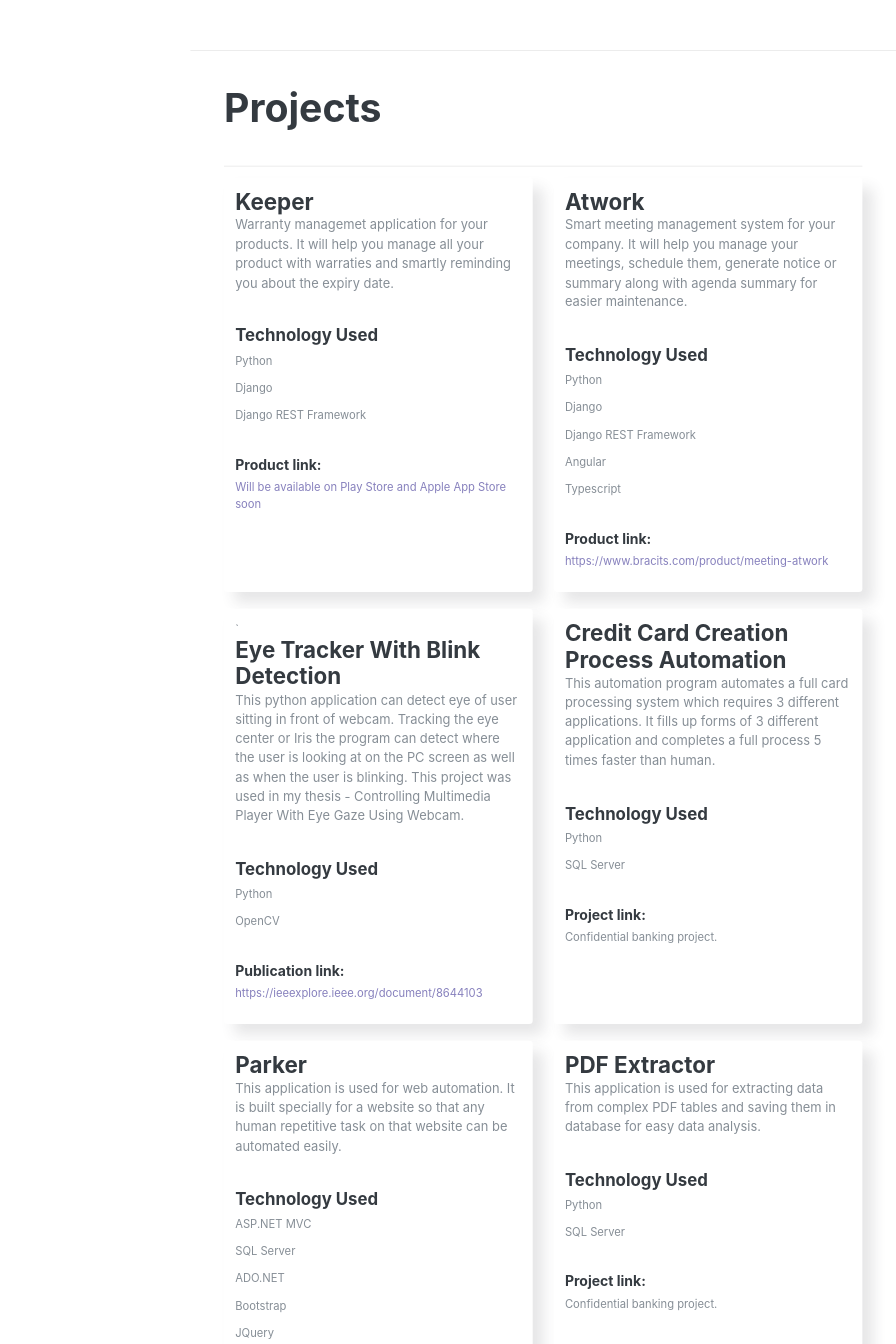
Repository: xahin96/xahin96.github.io
Page: index.html
These files come from the project's save history. The page is drawn as it stood at one moment and after the next save; the edit follows.
The browser window is 1280 px wide. The pictures show the part of the page from y = 3344 to 5264 px (the page is 5491 px tall), at 70% of full size.
Some web fonts or font styles are not loaded; a fallback is used.

Above is the page before, as saved 2024-04-27 12:46:47.

After the next save:
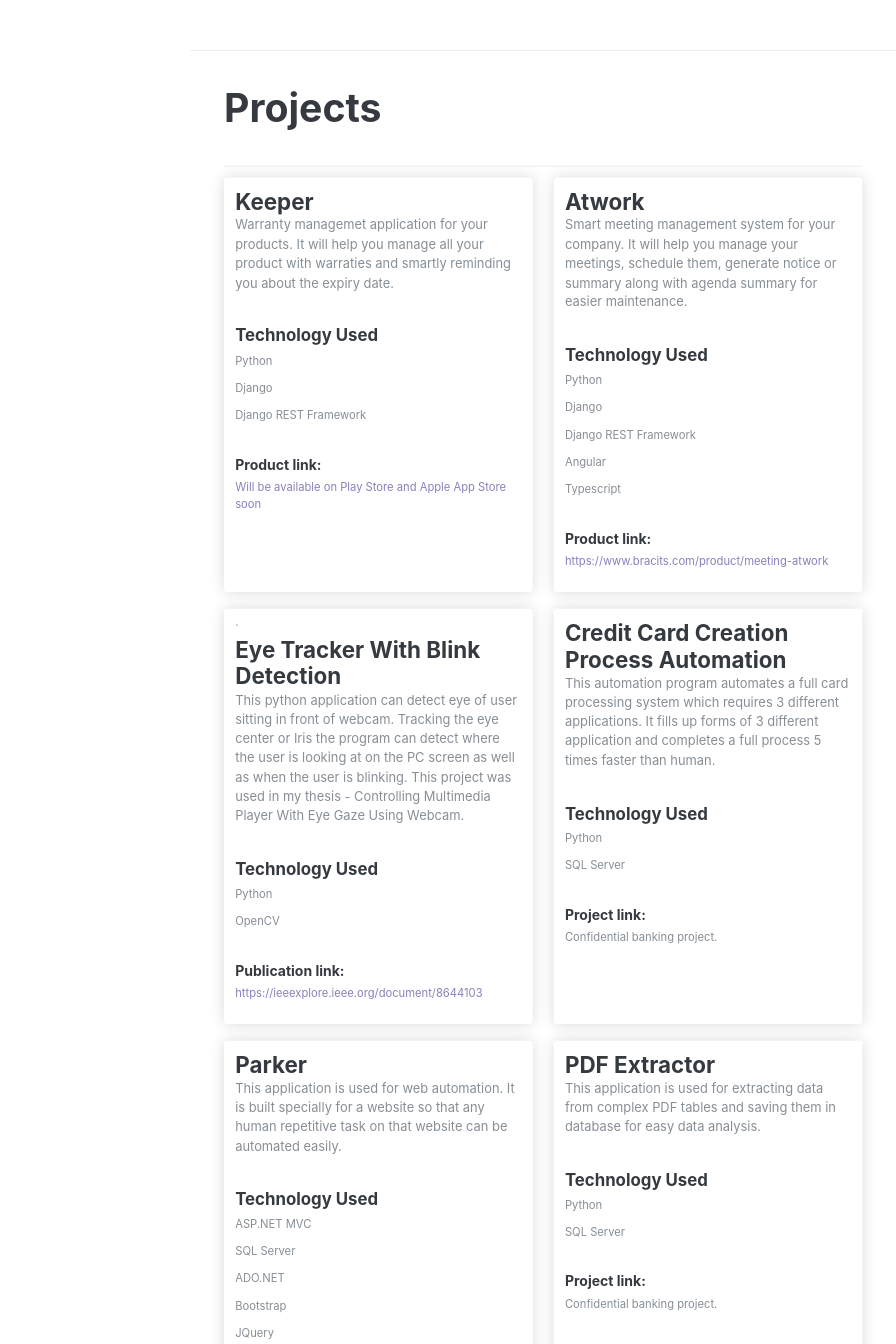
Saved 74 s later.
--- a/css/resume.css
+++ b/css/resume.css
@@ -216,6 +216,6 @@ a:hover, a:focus, a:active {
   height: 100%;
   border: none;
   border-radius: 5px;
-  box-shadow: 15px 15px 20px #343a4020;
+  box-shadow: 0px 0px 20px #343a4030
   /* background: red; */
 }
